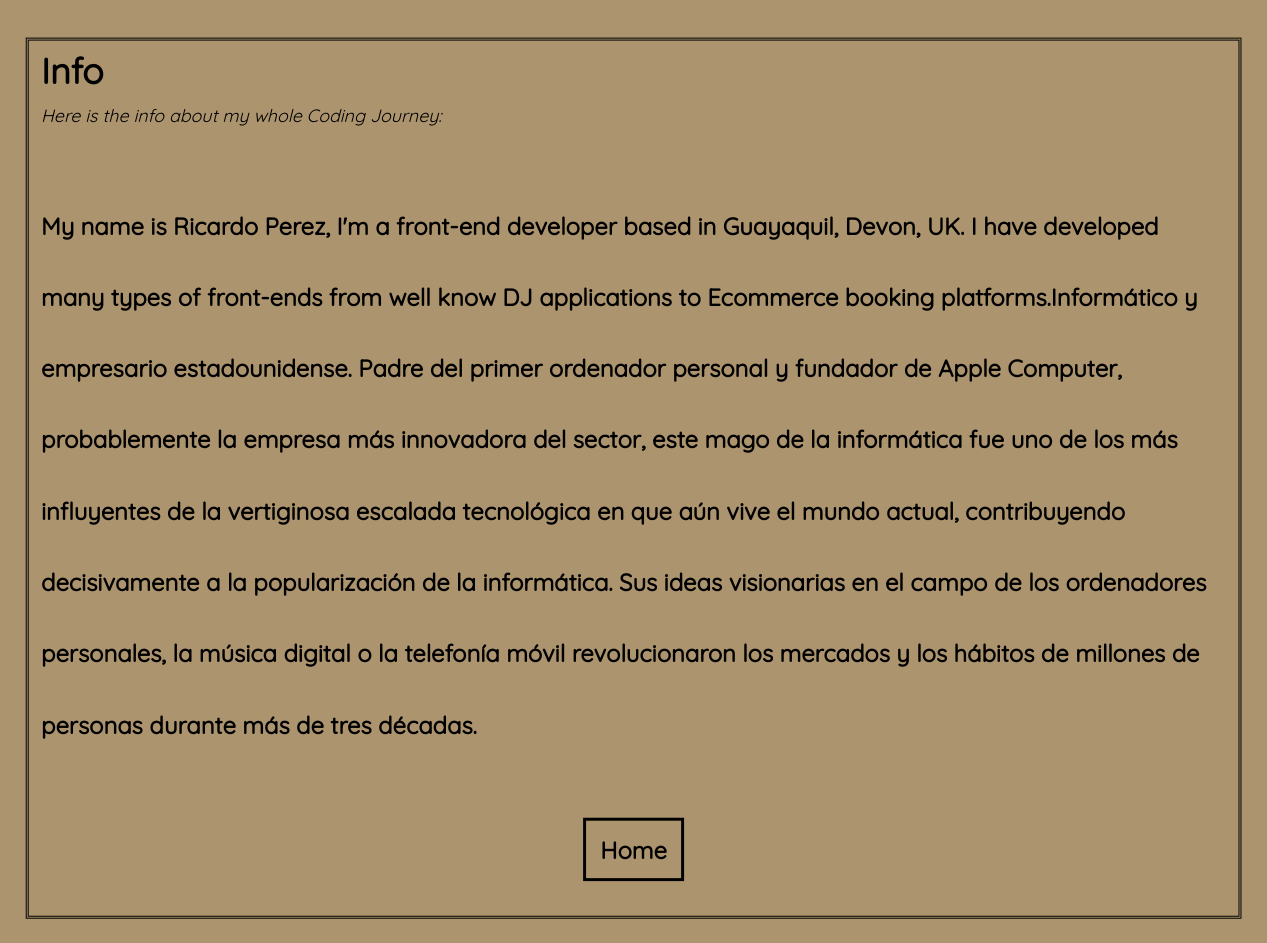
Repository: rickypcyt/ricky-react-portfolio
Page: /Info
The author's editor kept a copy of each file at every save. The page is drawn from the files as they stood at one save, then again after the next save.
The browser window is 1280 px wide. The pictures show the whole page, at 99% of full size.
The project was rebuilt for these pictures with package versions that can differ from the ones it lists, and the page was loaded fresh each time. Also part of the build but not shown: src/Content.js, src/pages/Projects.js, src/pages/Contact.js, src/pages/WebMural.js, src/pages/NotesJS.js.

Above is the page before, as saved 2022-09-12 18:20:16.

### src/index.js
import React from "react";
import ReactDOM from "react-dom/client";
import "./index.css";
import App from "./App";
import reportWebVitals from "./reportWebVitals";
import { BrowserRouter, Routes, Route, Switch } from "react-router-dom";

const root = ReactDOM.createRoot(document.getElementById("root"));
root.render(
  <React.StrictMode>
    <BrowserRouter>
      <App />
    </BrowserRouter>
  </React.StrictMode>
);

// If you want to start measuring performance in your app, pass a function
// to log results (for example: reportWebVitals(console.log))
// or send to an analytics endpoint. Learn more: https://bit.ly/CRA-vitals
reportWebVitals();

### src/index.css
@import url("https://fonts.googleapis.com/css2?family=Quicksand");

input[type="file"] {
  display: none;
}
.container {
  top: 0%;
  left: 0%;
}
::marker {
  display: none;
}
.image-container {
  width: 100%;
  margin: auto;
  display: flex;
  flex-direction: row;
  justify-content: space-evenly;
  gap: 15px;
  padding: 10px;
}
body {
  line-height: 1;
  font-family: "Quicksand";
  font-size: large;
  margin: 2%;
  padding: 1%;
  border-style: double;
  margin-top: 3%;
  background: #ac946e;
}
ol {
  list-style: none;
  display: flex;
  padding: 0;
  justify-content: space-around;
  align-items: flex-start;
  display: flex;
  flex-wrap: wrap;
  align-content: center;
}
.content {
  position: absolute;
  right: calc(var(--pad) * 2);
  bottom: calc(var(--pad) * 2);
  white-space: nowrap;
}
.parrafo {
  line-height: 1.5;
  text-align: end;
  font-size: larger;
  padding-top: 1%;
}
.parrafo span {
  display: block;
}
.titulo {
  margin: 0;
}
.oli {
  font-weight: bold;
  border-style: solid;
  font-size: x-large;
  padding: 1ch;
}
.descripcion {
  font-weight: lighter;
  font-style: oblique;
}
.oli:hover {
  color: black;
  border-style: dotted;
}
.page {
  padding-top: 2%;
  padding-bottom: 3%;
}
.pageContact {
  padding-top: 8%;
  padding-bottom: 9%;
}
.cabeceranavi {
  padding-bottom: 2%;
}
p {
  font-weight: bold;
}
a {
  color: black;
  text-decoration: none;
  padding: 0ch;
}
span {
  font-size: larger;
}
li {
  width: 7%;
  height: 10%;
}
ul {
  list-style-type: none;
  margin: 0%;
  display: flex;
  align-items: center;
  flex-direction: row;
  padding-top: 5%;
  padding-bottom: 5%;
  padding-left: 0%;
  justify-content: space-around;
}
.imagenes {
  display: block;
  height: auto;
  width: auto;
  padding-top: 5%;
  padding-bottom: 5%;
}

.imagenesproyect {
  position: relative;
}
.fixer {
  display: flex;
  flex-direction: row;
  justify-content: space-evenly;
  padding-bottom: 3%;
}
.overlay {
  position: absolute;
  top: 0.83cm;

  background: rgb(0, 0, 0);
  background: rgb(2, 0.3, 0.9, 0.6); /* Black see-through */
  color: #f1f1f1;
  width: 100%;
  transition: 0.5s ease;
  color: white;
  text-align: center;
  font-size: 20px;
  padding-top: 20px;
  padding-bottom: 20px;
  opacity: 0;
}
.imagenesproyect:hover .overlay {
  opacity: 1;
}
.overlay2 {
  position: absolute;
  bottom: 31px;
  background: rgb(0, 0, 0);
  background: rgba(40, 40, 40, 0.6); /* Black see-through */
  color: #f1f1f1;
  width: 100%;
  transition: 0.5s ease;
  color: white;
  text-align: center;
  font-size: 20px;
  padding-top: 20px;
  padding-bottom: 20px;
  opacity: 0;
}
.imagenesproyect:hover .overlay2 {
  opacity: 1;
}

.homeinfo {
  font-size: x-large;
  line-height: 300%;
}

@media screen and (max-width: 1340px) {
  .fixer {
    flex-direction: column;
    justify-content: center;
  }
  .imagenes {
    height: auto;
    width: 100%;
  }
  ol {
  }
}

.image-container {
  width: auto;
  margin: auto;
  /* display: flex; */
  flex-wrap: wrap;
  gap: 15px;
  padding: 10px;
}

.image-container img {
  max-width: 100%;
  max-height: 225px;
}

.container .image-container .image {
  border: 4px solid black;
  overflow: hidden;
  /* cursor: pointer; */
}

.container .image-container .image img {
  height: 100%;
  width: 100%;
}
@media (max-width: 700px) {
  .image-container img {
    max-height: -10px;
  }
  .cabeceranavi {
    padding-bottom: 7%;
  }
  .homeinfo {
    font-size: x-large;
    line-height: 150%;
  }
}

.image:hover {
  transform: scale(
    1.15
  ); /* (150% zoom - Note: if the zoom is too large, it will go outside of the viewport) */
}

### src/App.js
import Content from "./Content";
import Info from "./pages/Info";
import Projects from "./pages/Projects";
import Contact from "./pages/Contact";
import WebMural from "./pages/WebMural";
import NotesJS from "./pages/NotesJS";
import { Route, Routes, Switch } from "react-router-dom";

function App() {
  return (
    <>
      <Routes>
        <Route path="/" element={<Content />}/>
        <Route path="/Projects" element={<Projects />} />
        <Route path="/Info" element={<Info />} />
        <Route path="/Contact" element={<Contact />} />
        <Route path="/WebMural" element={<WebMural />} />
        <Route path="/NotesJS" element={<NotesJS />} />
      </Routes>
    </>
  );
}
export default App;

### src/pages/Info.js
import { Link, useMatch, useResolvedPath } from "react-router-dom";
export default function Info() {
  return (
    <main>
      <div id="Page">
        <div className="cabecera">
          <h1 className="titulo">Info </h1>
          <p className="descripcion">
            Here is the info about my whole Coding Journey:
          </p>
        </div>
        <div className="separador">
          <section className="page" style={{ display: "block", opacity: 1 }}>
            <div className="homeinfo">
              <p>
                My name is Ricardo Perez, I'm a front-end developer based in
                Guayaquil, Devon, UK. I have developed many types of front-ends
                from well know DJ applications to Ecommerce booking
                platforms.Informático y empresario estadounidense. Padre del
                primer ordenador personal y fundador de Apple Computer,
                probablemente la empresa más innovadora del sector, este mago de
                la informática fue uno de los más influyentes de la vertiginosa
                escalada tecnológica en que aún vive el mundo actual,
                contribuyendo decisivamente a la popularización de la
                informática. Sus ideas visionarias en el campo de los
                ordenadores personales, la música digital o la telefonía móvil
                revolucionaron los mercados y los hábitos de millones de
                personas durante más de tres décadas.
              </p>
            </div>
          </section>
          <nav className="cabeceranavi">
            <ol>
              <div>
                <CustomLink to="/" className="oli">
                  Home
                </CustomLink>
              </div>
            </ol>
          </nav>
        </div>
      </div>
    </main>
  );
}

function CustomLink({ to, children, ...props }) {
  const resolvedPath = useResolvedPath(to);
  const isActive = useMatch({ path: resolvedPath.pathname, end: true });
  return (
    <li className={isActive ? "active" : ""}>
      <Link to={to} {...props}>
        {children}
      </Link>
    </li>
  );
}

Loaded but not shown: public/index.html (common file); src/reportWebVitals.js (common file)

After the next save:
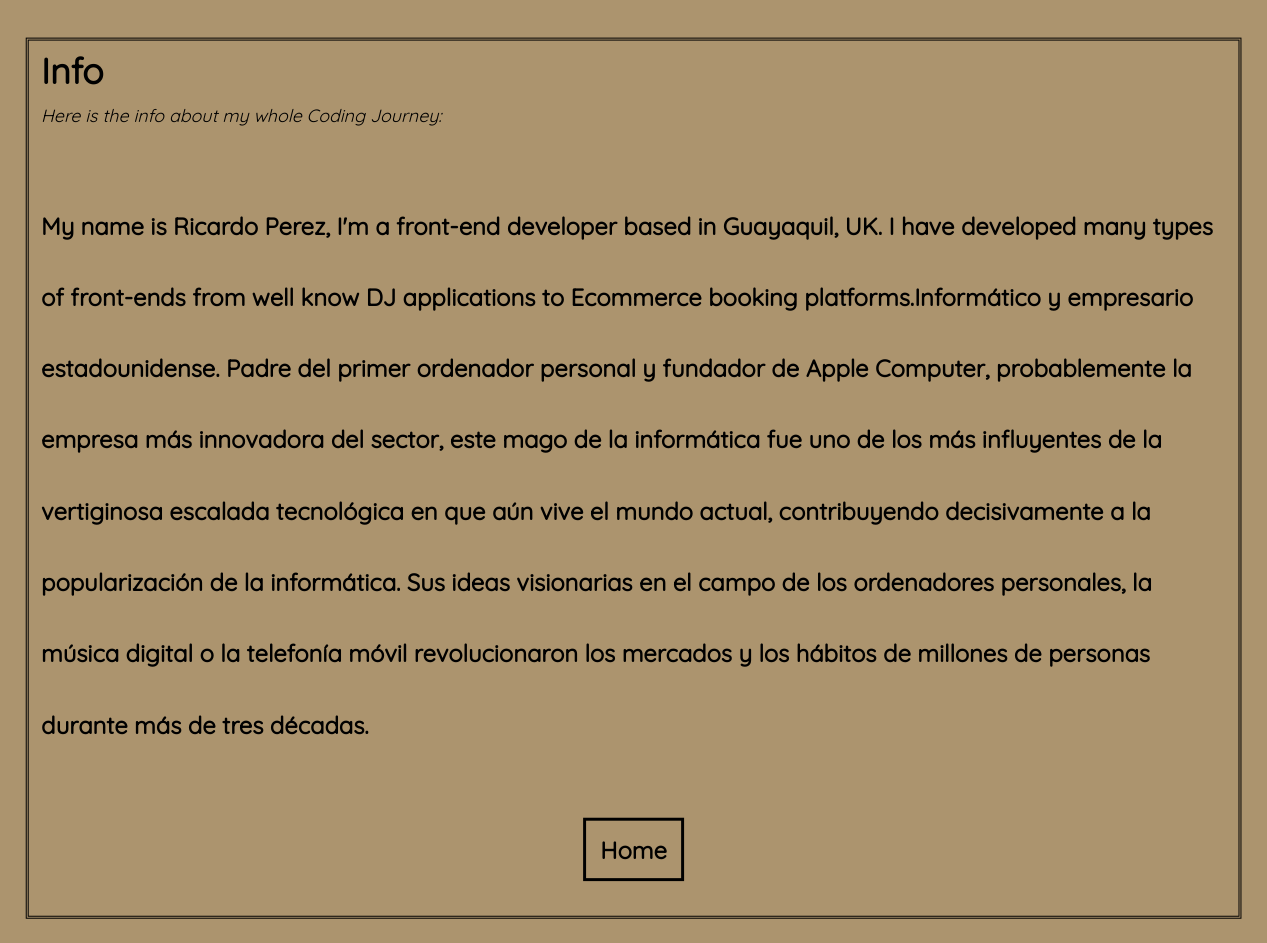
Saved 15 s later.
--- a/src/pages/Info.js
+++ b/src/pages/Info.js
@@ -14,7 +14,7 @@ export default function Info() {
             <div className="homeinfo">
               <p>
                 My name is Ricardo Perez, I'm a front-end developer based in
-                Guayaquil, Devon, UK. I have developed many types of front-ends
+                Guayaquil, UK. I have developed many types of front-ends
                 from well know DJ applications to Ecommerce booking
                 platforms.Informático y empresario estadounidense. Padre del
                 primer ordenador personal y fundador de Apple Computer,
